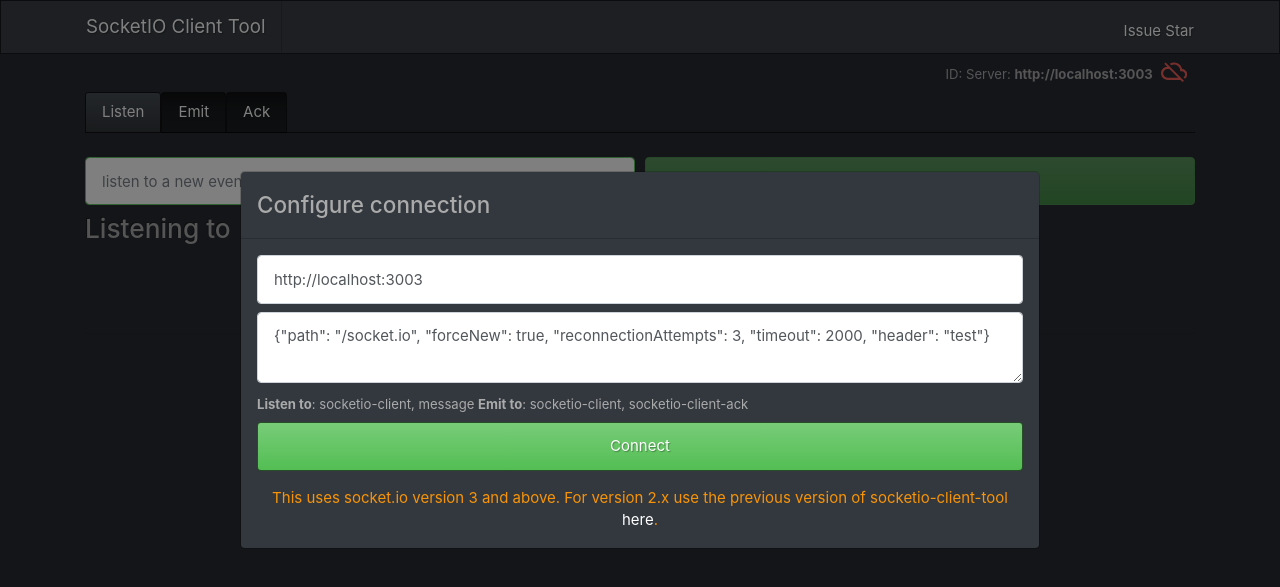
Repository: aadshalshihry/socketio-client-tool
Page: / (app in react-client-tool/)
The author's editor kept a copy of each file at every save. The page is drawn from the files as they stood at one save, then again after the next save.
The browser window is 1280 px wide. The pictures show the whole page.
Some web libraries are served in a nearby version. The project was rebuilt for these pictures with package versions that can differ from the ones it lists, and the page was loaded fresh each time. Also part of the build but not shown: react-client-tool/src/index.css.

Above is the page before, as saved 2021-06-30 19:47:07.

After the next save:
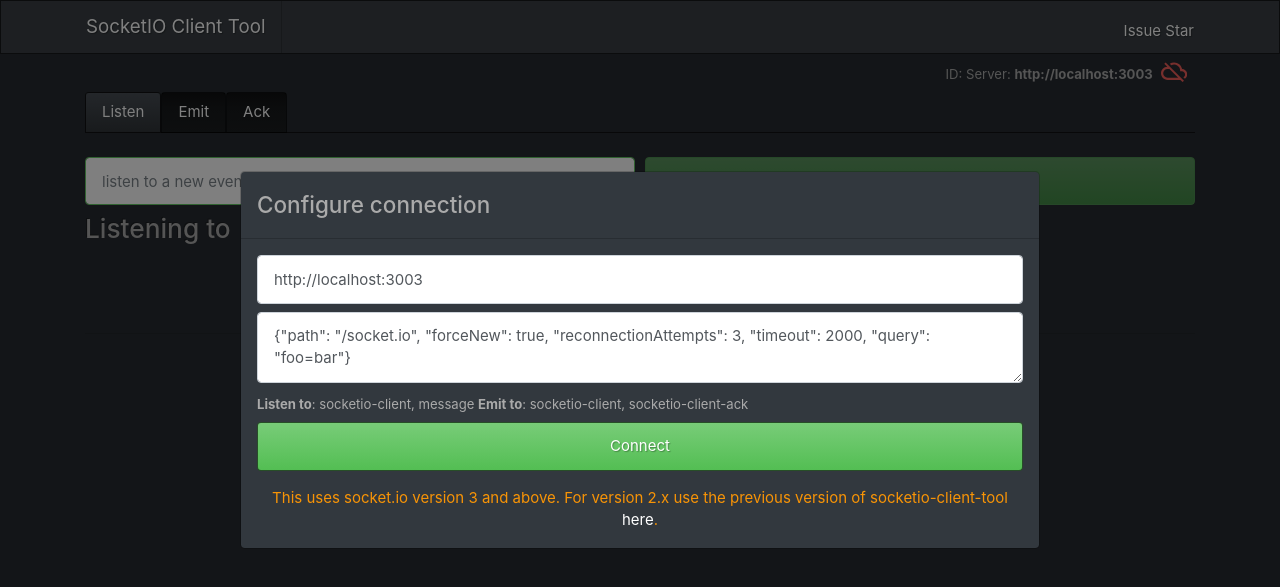
Saved 2 min 3 s later.
--- a/react-client-tool/src/App.jsx
+++ b/react-client-tool/src/App.jsx
@@ -22,7 +22,7 @@
     connected: false,
     loading: false,
     server: 'http://localhost:3003',
-    config: '{"path": "/socket.io", "forceNew": true, "reconnectionAttempts": 3, "timeout": 2000, "header": "test"}',
+    config: '{"path": "/socket.io", "forceNew": true, "reconnectionAttempts": 3, "timeout": 2000, "query": "foo=bar"}',
     errors: []
   });
 
